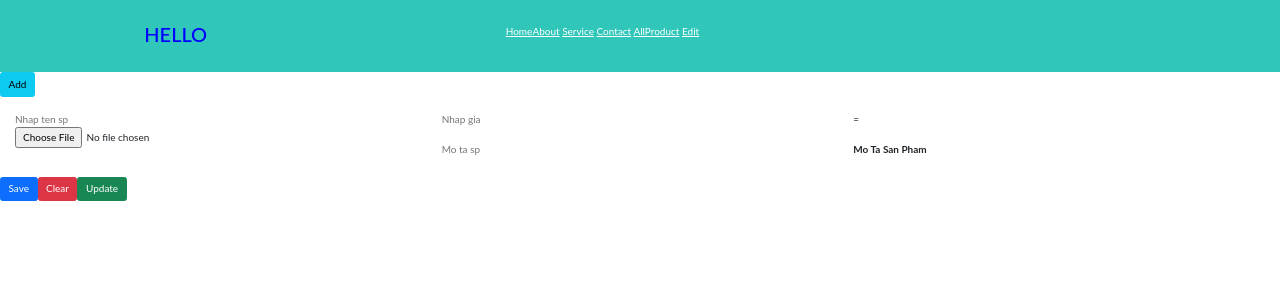
Repository: Hothidani/React
Page: /AllProduct (app in exa/my-react-router-A/)
An editor plug-in stored every save of this project. The page is shown before and after the next save, followed by the edit.
The browser window is 1280 px wide. The pictures show the whole page.
The page's requests for data from a server got no answer. The project was rebuilt for these pictures with package versions that can differ from the ones it lists, and the page was loaded fresh each time. No one was signed in, and anything a server would have sent is missing. Also part of the build but not shown: exa/my-react-router-A/src/component/Navigation.js, exa/my-react-router-A/src/component/Home.js, exa/my-react-router-A/src/component/About.js, exa/my-react-router-A/src/component/Service.js, exa/my-react-router-A/src/component/Contact.js, exa/my-react-router-A/src/component/Edit.js, exa/my-react-router-A/src/component/Add.js.

Above is the page before, as saved 2021-05-10 22:54:45.

### exa/my-react-router-A/public/index.html
<!DOCTYPE html>
<html lang="en">
  <head>
    <meta charset="utf-8" />
    <link rel="icon" href="%PUBLIC_URL%/favicon.ico" />
    <meta name="viewport" content="width=device-width, initial-scale=1" />
    <meta name="theme-color" content="#000000" />

    <meta
      name="description"
      content="Web site created using create-react-app"
    />
    <link rel="apple-touch-icon" href="%PUBLIC_URL%/logo192.png" />
    <!--
      manifest.json provides metadata used when your web app is installed on a
      user's mobile device or desktop. See https://developers.google.com/web/fundamentals/web-app-manifest/
    -->
    <link rel="manifest" href="%PUBLIC_URL%/manifest.json" />
    <link href="%PUBLIC_URL%/../../src/index.css">
    <link rel="stylesheet" href="https://maxcdn.bootstrapcdn.com/bootstrap/3.4.1/css/bootstrap.min.css">
    <script src="https://ajax.googleapis.com/ajax/libs/jquery/3.5.1/jquery.min.js"></script>
    <script src="https://maxcdn.bootstrapcdn.com/bootstrap/3.4.1/js/bootstrap.min.js"></script>
    <!--
      Notice the use of %PUBLIC_URL% in the tags above.
      It will be replaced with the URL of the `public` folder during the build.
      Only files inside the `public` folder can be referenced from the HTML.

      Unlike "/favicon.ico" or "favicon.ico", "%PUBLIC_URL%/favicon.ico" will
      work correctly both with client-side routing and a non-root public URL.
      Learn how to configure a non-root public URL by running `npm run build`.
    -->
    <title>React App</title>
  </head>
  <body>
    <noscript>You need to enable JavaScript to run this app.</noscript>
    <div id="root"></div>
    <!--
      This HTML file is a template.
      If you open it directly in the browser, you will see an empty page.

      You can add webfonts, meta tags, or analytics to this file.
      The build step will place the bundled scripts into the <body> tag.

      To begin the development, run `npm start` or `yarn start`.
      To create a production bundle, use `npm run build` or `yarn build`.
    -->
  </body>
</html>

### exa/my-react-router-A/src/index.js
import React from 'react';
import ReactDOM from 'react-dom';
import App from "./App";
// import AddForm from './App';
import reportWebVitals from './reportWebVitals';

ReactDOM.render(
  <React.StrictMode>
    <App></App>
  </React.StrictMode>,
  document.getElementById('root')
);

// If you want to start measuring performance in your app, pass a function
// to log results (for example: reportWebVitals(console.log))
// or send to an analytics endpoint. Learn more: https://bit.ly/CRA-vitals
reportWebVitals();

### exa/my-react-router-A/src/App.js
import React, { Component } from 'react';
import './App.css';
import './css.css';

import { BrowserRouter as Router, Route, NavLink, Link, Switch } from 'react-router-dom';
import Routers from './component/Routes';


const colorWord = { color: 'White' }
class App extends Component {
  render() {
    return (
      <Router>

        <nav>
          <h2>HELLO</h2>
          <ul className="nav-link">
            <li className="d-inline"><Link to="/" style={colorWord}>Home</Link></li>
            <li className="d-inline"><Link to="/About" style={colorWord} >About</Link></li>
            <li className="d-inline"> <Link to="/Service" style={colorWord}>Service</Link></li>
            <li className="d-inline"> <Link to="/Contact" style={colorWord}>Contact</Link></li>
            <li className="d-inline"> <Link to="/AllProduct" style={colorWord}>AllProduct</Link></li>
            <li className="d-inline"> <Link to="/Edit" style={colorWord}>Edit</Link></li>
          </ul>
        </nav>
        <Switch>
          {this.showContentMenu(Routers)}
        </Switch>

      </Router>
    );

  }
  showContentMenu = (Routers) => {
    var result = null;
    if (Routers.length > 0) {
      result = Routers.map((route, index) => {
        return (

          <Route key={index} path={route.path} exact={route.exact} component={route.main} />
        );
      });
    }
    return result;
  }

}

export default App;

### exa/my-react-router-A/src/App.css
.App {
  text-align: center;
}

nav{
  display: flex;
  justify-content: space-around;
  align-items: center;
  min-height: 10vh;
  background: rgb(48, 199, 186);
  color:blue;
}

.nav-link{
  width: 50%;
  display: flex;
  align-items: center;
  justify-content: space-around;
  list-style: none;
  color: black;
}



/* .row{
  display: flex;
  align-items: center;
} */

### exa/my-react-router-A/src/css.css
* {
    padding: 0;
    margin: 0;
    border: none;
    font-family: 'Lato', sans-serif;
    box-sizing: border-box;
}

html {
    background-color: white;
    text-rendering: optimizeLegibility;
}

.clearfix::after {
    content: "";
    display: table;
    clear: both;
}

.form-control {
    border-radius: 40px;
    border-top-left-radius: 40px;
    border-top-right-radius: 40px;
    border-bottom-right-radius: 40px;
    border-bottom-left-radius: 40px;
}

.content-input {
    width: 500px;
    /* background: #00FFFF; */
}

.content-input-flex {
    display: flex;
    justify-content: space-between;
}

.content-input-footer {
    font-size: 18px;
    display: flex;
    justify-content: center;
}

.footer-logo {
    display: flex;
    justify-content: center;
}

input[class=form-control] {
    background: transparent;
    -webkit-border-radius: 20px;
    -moz-border-radius: 20px;
    border-radius: 20px;
    border: 1px solid none;
    color: #BB0000;
    width: 100%;
    padding-left: 10px;
}

input[class=form-control]:focus {
    outline: none;
    background: #99FFFF;
    border: 1px solid #2da8d9;
    color: #f33838;
}

input[class=form-control]:hover {
    background: #CCFFFF;
    border: 1px solid #2da8d9;
}

.content-input-wrap {
    border-radius: 10px;
    border: rgb(120, 199, 223);
    background-color: rgba(156, 212, 210, 0.4);
    position: relative;
    color: rgba(255, 255, 255, 0.2);
    /* box-shadow: 0px 20px 20px rgb(0 0 0 / 10%), 0px 30px 26px rgb(0 0 0 / 10%); */
}

.content-input-wrap h3 {
    font-weight: 300;
    color: #2da8d9;
}

.content-input-wrap .social {
    width: 100%;
}

.content-input-wrap .social a {
    width: 100%;
    display: block;
    border: 1px solid #00FFFF;
    color: rgba(243, 75, 9, 0.2);
    background: #99CCFF;
}

.content-input-wrap .social a:hover {
    background: rgba(214, 106, 5, 0.2);
    color: rgba(255, 255, 255, 0.2);
    border-color: #00FFFF;
}

.buttonn{
    display: flex;
    justify-content: space-around;
    align-items: center;
    min-width: 5%;

}

### exa/my-react-router-A/src/component/Routes.js
import React from 'react';
import {BrowserRouter as Router, Route} from 'react-router-dom';
import Navigation from './Navigation';
import Home from './Home'
import About from './About';
import Service from './Service';
import Contact from './Contact';
import AllProduct from './AllProduct';
import Edit from './Edit';
import Add from './Add';

const Routers = [
	{
		path : '/',
		exact : true,
		main : ()=> <Home />
	},
	{
		path : '/About',
		exact : true,
		main : ({match})=> <About match={match} />
	},
    {
		path : '/Contact',
		exact : true,
		main : ({match})=> <Contact match={match} />
	}
		,
		  {
			path : '/Service',
			exact : true,
			main : ({match})=> <Service match={match} />
		},
		{
		  path : '/AllProduct',
		  exact : true,
		  main : ({match})=> <AllProduct match={match} />
	  }
	  ,
	  {
		path : '/Add',
		exact : true,
		main : ({match})=> <Add match={match} />
	}
	,
	{
	  path : '/Edit',
	  exact : true,
	  main : ({match})=> <Edit match={match} />
  }


]

export default Routers

### exa/my-react-router-A/src/component/AllProduct.js
// import React, { Component } from 'react';
// import axios from 'axios';
// import Add from './Add';
// import 'bootstrap/dist/css/bootstrap.min.css';


// import { NavLink } from 'react-router-dom';
// class AllProduct extends Component {
//     constructor(props) {
//         super(props);
//         this.state = {
//             product: []
//         }

//     }
//     componentDidMount() {
//         axios({
//             method: 'GET',
//             url: ' https://6093b5e8a7e53a001795161e.mockapi.io/Products',
//             data: null
//         }).then(res => {
//             this.setState({
//                 product: res.data
//             });
//         }).catch(err => {
//         });
//     }




//     // render() {
//     //     return (
//     //       <div className="row">
//     //         {this.state.product.map(element => {
//     //           return (
//     //             <div className="col-3">
//     //               <div className="card" style={{ width: '500', height: '300' }}>

//     //                 <div className="container">
//     //                   <h4><b>{element.id}</b></h4>
//     //                   <b>  {element.product_name}</b>
//     //                   <div class="spacing">
//     //                     <p>Type</p>

//     //                     <img  src={element.product_pic}   width={300} height={200}></img>
//     //                   </div>
//     //                   <div class="spacing">
//     //                     <p>Area</p>
//     //                     <p>{element.price}</p>
//     //                   </div>

//     //                   <div style={{ display: 'flex' }}> <button style={{ width: '300px' }} type="button" class="btn btn-primary" onClick={this.handleBuy}>ADD</button>
//     //                   </div>

//     //                 </div>
//     //               </div>
//     //             </div>
//     //           );
//     //         })}
//     //       </div>
//     //     );
//     //   }
//     // }

//     // componentWillUpdate() {
//     //     if (this.state.sort === true) {
//     //         axios({
//     //             method: 'GET',
//     //             url: 'http://localhost:3000/products?_sort=price&_order=asc&_limit=4',
//     //             data: null
//     //         }).then(res => {
//     //             this.setState({
//     //                 product: res.data
//     //             });
//     //         }).catch(err => {
//     //         });
//     //     } else {
//     //         axios({
//     //             method: 'GET',
//     //             url: 'http://localhost:3000/products?_sort=price&_order=desc&_limit=4',
//     //             data: null
//     //         }).then(res => {
//     //             this.setState({
//     //                 product: res.data
//     //             });
//     //         }).catch(err => {
//     //         });
//     //     }

//     // }

//     Low = () => {
//         this.setState({
//             sort: true
//         });
//     }

//     High = () => {
//         this.setState({
//             sort: false
//         });
//     }

//     onChange = (event) => {
//         var target = event.target;
//         var name = target.name;
//         var value = target.value;
//         this.setState({
//             [name]: value
//         });
//     }

// delete(e) {
// 	e.preventDefault();
//     if(window.confirm('Are you sure?'))
// {
//     fetch('https://6093b5e8a7e53a001795161e.mockapi.io/Products' + e,{
//         method:'DELETE',
//         headers:{'OK':'aplication/json',
//         'Content-Type':'aplication/json'
//     }
//     })
// }
// 	axios.delete('https://6093b5e8a7e53a001795161e.mockapi.io/Products')
// 	.then(res => console.log(res.data));
// }


//     render() {
//         var { product, keyword } = this.state;
//         return (
//             <div>

//                                          <div className="d-inline">
//                                             <NavLink to={`/Add`} >
//                                                 <button className="btn btn-info ">Add <i className="fa fa-chevron-right" /></button>
//                                                 <div className="clearfix" />
//                                             </NavLink>
//                                         </div>
//                 {this.state.product.map((product) => {
//                     return (
//                         <React.Fragment>
//                             <div className="col-sm-3 mt-4 row ">
//                                 <div className="single-item">
//                                     <div className="ribbon-wrapper">
//                                         <div className="ribbon sale">San Pham: {product.id}</div>
//                                         <div className="ribbon sale">Mo Ta: {product.describe}</div>
//                                     </div>
//                                     <div className="single-item-header">
//                                         <a><img src={product.product_pic} alt="" height="300" width="500" /></a>
//                                     </div>
//                                     <div className="single-item-body">
//                                         <p className="single-item-title text-center text-danger t">{product.product_name}</p>
//                                         <p className="single-item-price text-center">
//                                             <span className="mb-3 t">Gia: ${product.price}</span>
//                                         </p>
//                                     </div>
//                                     <div className="single-item-caption mt-1 ml-5">
//                                         <a className="add-to-cart pull-left"><i className="fa fa-shopping-cart" /></a>

//                                         <button type="submit" className="btn btn-primary  " onclick={this.onSubmit}>Update</button>
//                                         <button type="submit" onclick={this.delete} className="btn btn-danger">Delete</button>
//                                         <NavLink to="/AllProduct" className="btn btn-success">View</NavLink>
//                                         {/* <NavLink to="/AllProduct" className="btn btn-success">View</NavLink>
//                                          <div className="d-inline">
//                                             <NavLink to={`/Add`} >
//                                                 <button className="btn btn-info ">Add <i className="fa fa-chevron-right" /></button>
//                                                 <div className="clearfix" />
//                                             </NavLink>
//                                         </div> */}
//                                         {/*
//                                         <div className="d-inline">
//                                             <NavLink to={`/products/${product.id}/productdetail`}  >
//                                                 <button className="btn btn-info ">Details <i className="fa fa-chevron-right" /></button>
//                                                 <div className="clearfix" />
//                                             </NavLink>
//                                         </div> */}
//                                     </div>
//                                 </div>
//                             </div>
//                         </React.Fragment>
//                     );
//                 })}
//             </div>


//         );
//     }
// }



// export default AllProduct;


 import { NavLink } from 'react-router-dom';
 import 'bootstrap/dist/css/bootstrap.min.css';


import React, { Component } from 'react';
import axios from 'axios';
import { toast } from 'react-toastify';
//import { toast } from 'react-toastify';

class AllProduct extends Component {
    constructor(props) {
        super(props)
        this.state = {
            products: [],
            id: '',
            product_name: '',
            price: '',
            describe: '',
            product_pic:''
        }
    }

    onChange = (event) => {
        var target = event.target;
        var nam = target.name;
        var val = target.value;
        this.setState({
            [nam]: val
        });
    }

    onClear = () => {
        this.setState({
            id: '',
            product_name: '',
            price: '',
            describe: '',
            product_pic:''
        });
    }

    onSave = (event) => {
        event.preventDefault();
        const pro = {
        product_name: this.state.product_name,
		product_pic: this.state.product_pic,
        price: this.state.price,
        describe: this.state.describe
        };
        axios({
            method: 'POST',
            url: `https://6093b5e8a7e53a001795161e.mockapi.io/Products`,
            data: pro
        }).then(res => {
           res.data = pro;
           alert("Đã thêm một sản phẩm thành công")
        }).catch(err => {
        });
       /* axios.post(`https://6093b5e8a7e53a001795161e.mockapi.io/Products`, pro)
            .then(res => {
                alert("Đã thêm một sản phẩm thành công")
                console.log(res);
                console.log(res.data);
            })
        this.state.products.push(pro);*/
    }

    componentDidMount() {
        axios({
            method: 'GET',
            url: '  http://localhost:3000/Products',
            data: null
        }).then(res => {
            this.setState({
                products: res.data
            });
        }).catch(err => {
        });
    }




    onDelete = (id) => {
        alert ("Delete");
        this.setState({
          products:this.state.products.filter(item=>item.id!=id)
        })
       axios({
          method: 'DELETE',
          url:`https://6093b5e8a7e53a001795161e.mockapi.io/Products/${id}`,
      }).then (res =>{
          console.log(res);
          console.log(res.data);
      }).catch(err =>{
      })
      }

    render() {
        return (
            <React.Fragment>
                <div>
                <div className="d-inline">
                                           <NavLink to={`/Add`} >
                                                <button className="btn btn-info ">Add <i className="fa fa-chevron-right" /></button>
                                               <div className="clearfix" />
                                           </NavLink >
               </div>
                    <div>
                    <form onSubmit={this.onSave}>
                    <div className="form-group">
                        <h2>{this.state.product_name}</h2>
                        <input name="product_name" type="text" className="col-sm-4" id="tensp" placeholder="Nhap ten sp"  onChange={this.onChange} />
                    </div>
                    <div className="form-group">
                        <input name="price" type="number" className="col-sm-4" id="giasp" placeholder="Nhap gia"  onChange={this.onChange}/>
                    </div>
                    <div className="form-group">
=                        <input name="product_pic" ref={(input) =>{this.product_pic= input}} type="file" className="col-sm-4" id="anhsp" placeholder="" onChange={this.onChange} />
                    </div>
                    <div className="form-group">
                        <label  >Mo Ta San Pham</label>
                        <input name="describe" type="text" className="col-sm-4" id="motasp" placeholder="Mo ta sp" onChange={this.onChange}  />
                    </div>
                    <button type="submit"  className="btn btn-primary  ">Save</button>
                    <button type="button" onclick={this.onClear} className="btn btn-danger">Clear</button>
                    <button type="button" onClick={this.onUpdate}  className="btn btn-success">Update</button>

            </form>

                    </div>
                    {this.state.products.map(element => {
                        return (
                            <div>
                                <p>{element.id}</p>
                                <p>{element.product_name}</p>
                                <p>{element.price}</p>
                                <p>{element.describe}</p>
                                <img src={element.product_pic} alt="" height="300" width="500" />
                                <div>
                                    <button type="button" onClick={this.onEdit}  className="btn btn-success">Edit</button>
                                    <button type="button"  onClick={()=>this.onDelete(element.id)} className="btn btn-danger">Delete</button>
                                </div>
                            </div>
                        );
                    })}
                </div>
            </React.Fragment>
        );
    }
}

class Update extends Component {
    render() {
        return (
            <React.Fragment>
                <div>
                    <form onSubmit={this.onUpdate}>
                        Name:
                        <input type='text' name="name" value={this.state.name} onChange={this.onChange} /><br /><br />
                        Type:
                        <input type='text' name="type" value={this.state.type} onChange={this.onChange} /><br /><br />
                        Quantity:
                        <input type='text' name="quantity" value={this.state.quantity} onChange={this.onChange} /><br /><br />
                        <div>
                            <button type="submit" className="btn bt-primary">Update</button>
                        </div>
                    </form>
                </div>
            </React.Fragment>
        );
    }
}

export default AllProduct;

Loaded but not shown: exa/my-react-router-A/src/reportWebVitals.js (common file)

After the next save:
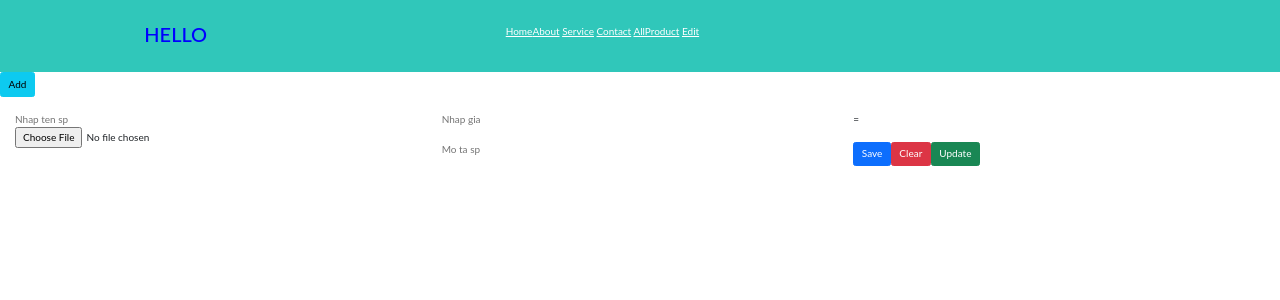
Saved 13 s later.
--- a/exa/my-react-router-A/src/component/AllProduct.js
+++ b/exa/my-react-router-A/src/component/AllProduct.js
@@ -315,7 +315,6 @@ class AllProduct extends Component {
 =                        <input name="product_pic" ref={(input) =>{this.product_pic= input}} type="file" className="col-sm-4" id="anhsp" placeholder="" onChange={this.onChange} />
                     </div>
                     <div className="form-group">
-                        <label  >Mo Ta San Pham</label>
                         <input name="describe" type="text" className="col-sm-4" id="motasp" placeholder="Mo ta sp" onChange={this.onChange}  />
                     </div>
                     <button type="submit"  className="btn btn-primary  ">Save</button>
